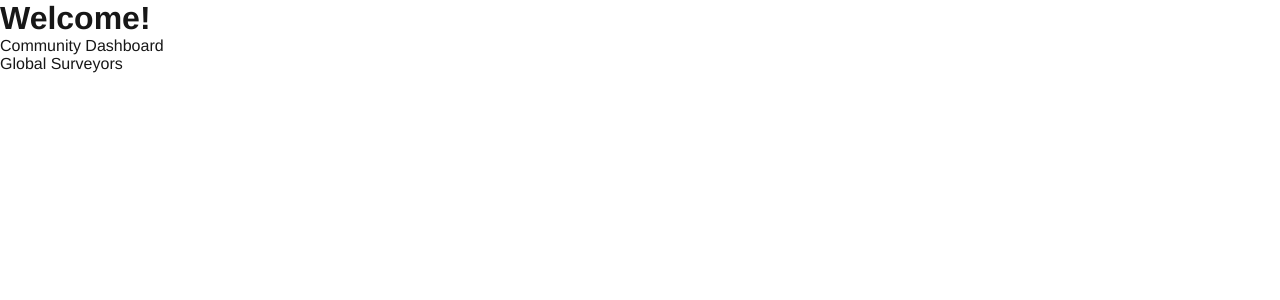
Repository: EricRobertCampbell/palaeo-fossil-classifier
Page: /dashboard (app in palaeo-fossil-classifier/)
The author's editor kept a copy of each file at every save. The page is drawn from the files as they stood at one save, then again after the next save.
The browser window is 1280 px wide. The pictures show the whole page.
The project was rebuilt for these pictures with package versions that can differ from the ones it lists, and the page was loaded fresh each time. The framework's server and built-in components were replaced by stand-ins that run in the browser. Also part of the build but not shown: palaeo-fossil-classifier/next.config.ts.

Above is the page before, as saved 2024-11-30 13:44:31.

### palaeo-fossil-classifier/app/dashboard/page.tsx
import React from "react";

export default function dashboard() {
  return (
    <div>
      <h1>Welcome!</h1>
      <div className="area"></div>
      <nav className="main-menu">
        <ul>
          <li>
            <a href="https://jbfarrow.com">
              <i className="fa fa-home fa-2x"></i>
              <span className="nav-text">Community Dashboard</span>
            </a>
          </li>
          <li className="has-subnav">
            <a href="#">
              <i className="fa fa-globe fa-2x"></i>
              <span className="nav-text">Global Surveyors</span>
            </a>
          </li>
        </ul>
      </nav>
    </div>
  );
}

### palaeo-fossil-classifier/app/globals.css
:root {
  --background: #ffffff;
  --foreground: #171717;
}

@media (prefers-color-scheme: dark) {
  :root {
    --background: #0a0a0a;
    --foreground: #ededed;
  }
}

html,
body {
  max-width: 100vw;
  overflow-x: hidden;
}

body {
  color: var(--foreground);
  background: var(--background);
  font-family: Helvetica;
  -webkit-font-smoothing: antialiased;
  -moz-osx-font-smoothing: grayscale;
}

* {
  box-sizing: border-box;
  padding: 0;
  margin: 0;
}

a {
  color: inherit;
  text-decoration: none;
}

@media (prefers-color-scheme: dark) {
  html {
    color-scheme: dark;
  }
}

Loaded but not shown: palaeo-fossil-classifier/app/layout.tsx (common file)

After the next save:
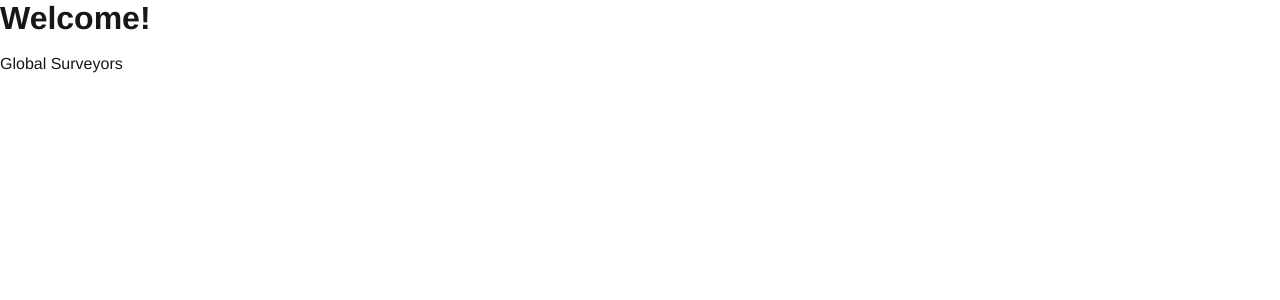
Saved 32 s later.
--- a/palaeo-fossil-classifier/app/dashboard/page.tsx
+++ b/palaeo-fossil-classifier/app/dashboard/page.tsx
@@ -10,7 +10,7 @@ export default function dashboard() {
           <li>
             <a href="https://jbfarrow.com">
               <i className="fa fa-home fa-2x"></i>
-              <span className="nav-text">Community Dashboard</span>
+              <span className="nav-text"></span>
             </a>
           </li>
           <li className="has-subnav">
